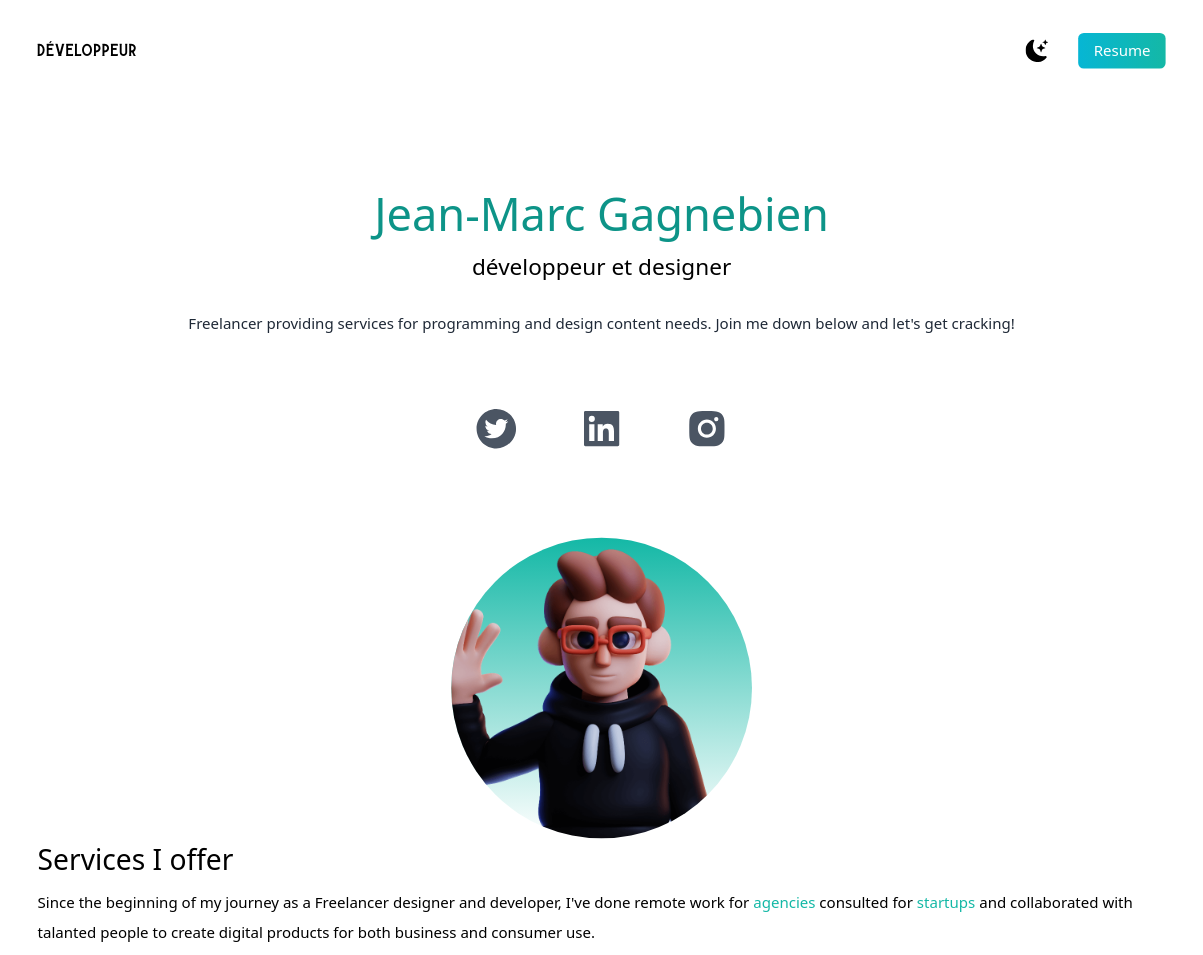
Repository: Jean-MarcG/portfoli_next
Page: /
These files come from the project's save history. The page is drawn as it stood at one moment and after the next save; the edit follows.
The browser window is 1280 px wide. The pictures show the whole page, at 94% of full size.
The project was rebuilt for these pictures with package versions that can differ from the ones it lists, and the page was loaded fresh each time. The framework's server and built-in components were replaced by stand-ins that run in the browser. Also part of the build but not shown: next.config.js.

Above is the page before, as saved 2023-04-01 17:50:57.

### pages/index.js
import Head from 'next/head';
import {BsFillMoonStarsFill} from 'react-icons/bs';
import {AiFillTwitterCircle, AiFillLinkedin, AiFillInstagram} from 'react-icons/ai'
import Image from 'next/image';
import deved from '../public/dev-ed-wave.png'

export default function Home() {
  return (
    <>
    <Head>
    <title>Jean-Marc Gagnebien Portfolio</title>
    <meta name="description" content="Generated by create next app" />
    <meta name="viewport" content="width=device-width, initial-scale=1" />
    <link rel="icon" href="/favicon.ico" />
    </Head>
      <main className='bg-white px-10 '>
        <section className='min-h-screen'>
          <nav className='py-10 mb-12 flex justify-between'>
            <h1 className='text-xl font-burtons'>développeur</h1>
              <ul className='flex items-center'>
                <li>
                  <BsFillMoonStarsFill className='cursor-pointer text-2xl'/>
                </li>
                <li>
                  <a className='bg-gradient-to-r from-cyan-500 to-teal-500 text-white px-4 py-2 rounded-md ml-8' href='#'>Resume</a>
                </li>
              </ul>
          </nav>
          <div className='text-center p-10'>
            <h2 className='text-5xl py-2 text-teal-600 font-medium'>Jean-Marc Gagnebien</h2>
            <h3 className='text-2xl py-2'>développeur et designer</h3>
            <p className='text-md py-5 leading-8 text-gray-800'>Freelancer providing services for programming and design content needs. Join me down below and let's get cracking!</p>
          </div>
          <div className='text-5xl flex justify-center gap-16 py-3 text-gray-600'>
            <AiFillTwitterCircle />
            <AiFillLinkedin />
            <AiFillInstagram />
          </div>
          <div>
            <div className='relative mx-auto bg-gradient-to-b from-teal-500 rounded-full w-80 h-80 mt-20 overflow-hidden'>
              <Image src={deved} alt='photo développeur' fill style={{objectFit:'cover'}}/>
            </div>
          </div>
        </section>

        <section>
          <div>
            <h3 className='text-3xl py-1'>Services I offer</h3>
            <p className='text-md py-2 leading-8 text-gray-80'>
              Since the beginning of my journey as a Freelancer designer and developer, I've done remote work for
              <span className='text-teal-500'> agencies </span>consulted for <span className='text-teal-500'> startups </span>and collaborated with talanted people to create digital products for both business and consumer use.
            </p>
          </div>
        </section>

      </main>
    </>
    )
  }

### styles/globals.css
@tailwind base;
@tailwind components;
@tailwind utilities;

* {
  box-sizing: border-box;
  padding: 0;
  margin: 0;
}

html,
body {
  max-width: 100vw;
  overflow-x: hidden;
}

body {
  color: rgb(var(--foreground-rgb));
  background: linear-gradient(
      to bottom,
      transparent,
      rgb(var(--background-end-rgb))
    )
    rgb(var(--background-start-rgb));
}

a {
  color: inherit;
  text-decoration: none;
}

@font-face {
  font-family: "burtons";
  src: url(../public/Burtons.otf);
}

### tailwind.config.js
/** @type {import('tailwindcss').Config} */
module.exports = {
  content: [
    "./app/**/*.{js,ts,jsx,tsx}",
    "./pages/**/*.{js,ts,jsx,tsx}",
    "./components/**/*.{js,ts,jsx,tsx}",

    // Or if using `src` directory:
    "./src/**/*.{js,ts,jsx,tsx}",
  ],
  theme: {
    extend: {
      fontFamily: {
        burtons: 'burtons',
      }
    },
  },
  plugins: [],
}

Loaded but not shown: pages/_app.js (common file); pages/_document.js (common file)

After the next save:
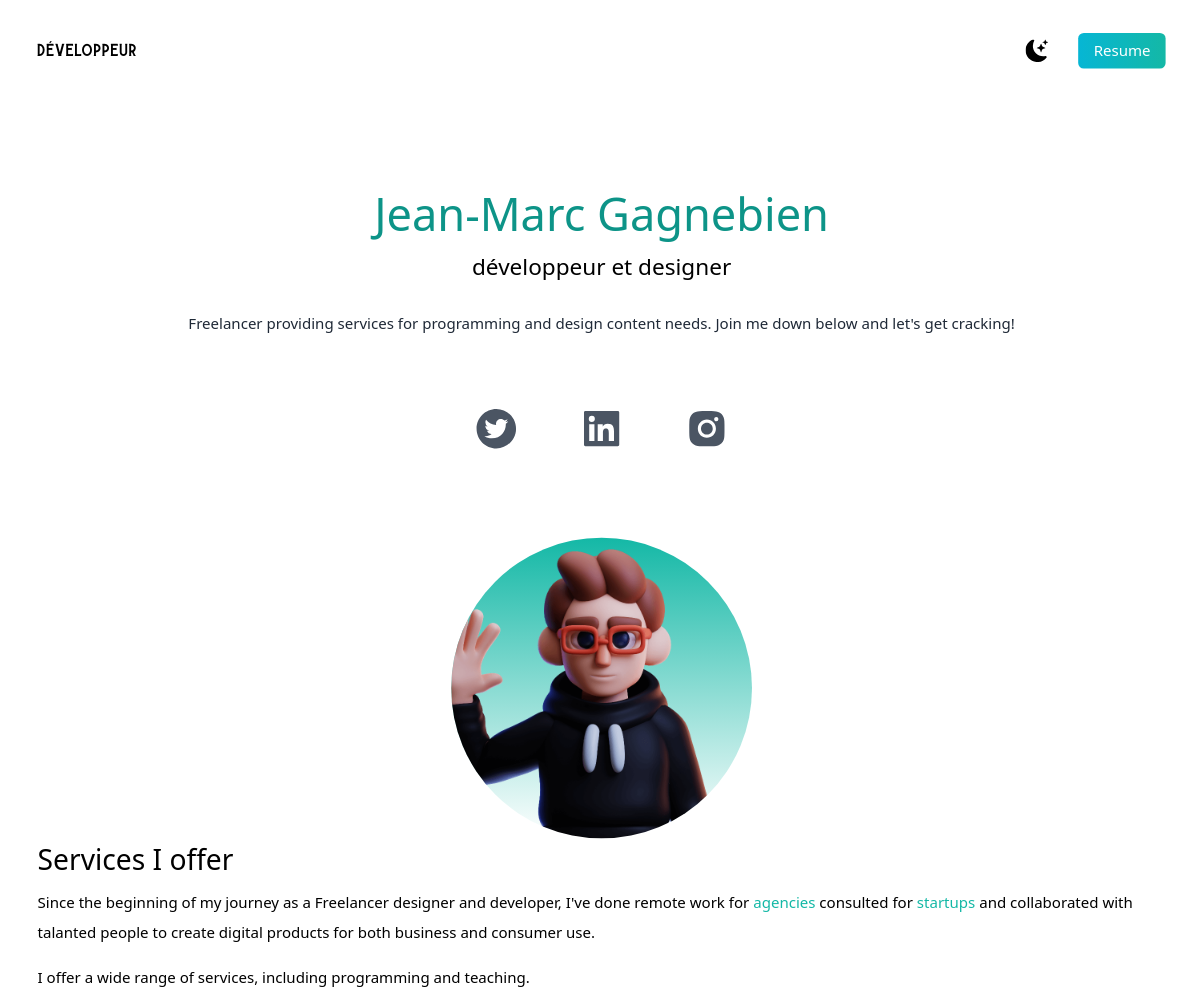
Saved 90 s later.
--- a/pages/index.js
+++ b/pages/index.js
@@ -50,6 +50,9 @@
               Since the beginning of my journey as a Freelancer designer and developer, I've done remote work for
               <span className='text-teal-500'> agencies </span>consulted for <span className='text-teal-500'> startups </span>and collaborated with talanted people to create digital products for both business and consumer use.
             </p>
+            <p className='text-md py-2 leading-8 text-gray-80'>
+              I offer a wide range of services, including programming and teaching.
+            </p>
           </div>
         </section>
 
